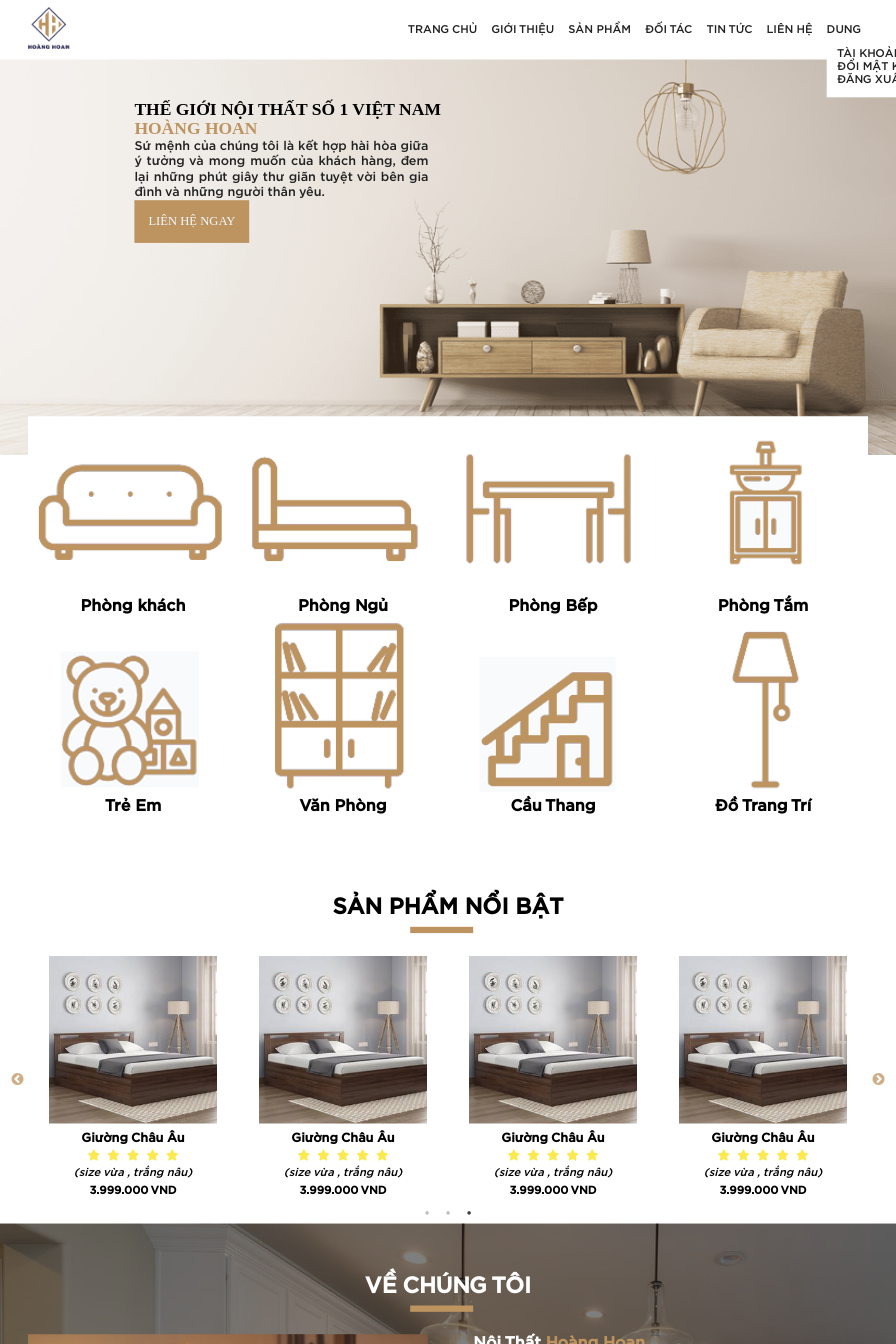
Repository: LDDUNG2003/prj_2
Page: /
These files come from the project's save history. The page is drawn as it stood at one moment and after the next save; the edit follows.
The browser window is 1280 px wide. The pictures show the part of the page from y = 0 to 1920 px (the page is 3929 px tall), at 70% of full size.
The project was rebuilt for these pictures with package versions that can differ from the ones it lists, and the page was loaded fresh each time. Also part of the build but not shown: src/pages/news/newsListItem/index.js, src/pages/news/index.js, src/styles/css/contact.css, src/pages/contact/index.js, src/pages/notfoud/index.js, src/pages/login/index.js.

Above is the page before, as saved 2023-09-22 10:58:25.

### public/index.html
<!doctype html>
<html lang="en">
  <head>
    <meta charset="utf-8">
    <meta name="viewport" content="width=device-width, initial-scale=1">
    <link rel="shortcut icon" href="./img/logo.png">
    <link rel="preconnect" href="https://fonts.googleapis.com">
    <link rel="preconnect" href="https://fonts.gstatic.com" crossorigin>
    <link href="https://fonts.googleapis.com/css2?family=Roboto:ital,wght@0,100;0,300;0,400;0,500;1,100;1,400;1,500;1,700;1,900&display=swap" rel="stylesheet">
    <title>Nội Thất Hoàng Hoan</title>
  </head>
  <body>
    <div id="root"></div>
  </body>
</html>

### src/index.js
import React from 'react';
import ReactDOM from 'react-dom';
import App from './App';
import './index.css';

const root = ReactDOM.createRoot(document.getElementById('root'));
root.render(
  <React.StrictMode>
    <App />
  </React.StrictMode>,
);

### src/App.js
import React, { Component, Fragment } from 'react';
import { BrowserRouter as Router , Routes, Route } from 'react-router-dom';
import defaultLayout from './layouts/defaultLayout';
import { publicRoute } from './routes';
import "slick-carousel/slick/slick.css";
import "slick-carousel/slick/slick-theme.css";
import './styles/css/responsive.css';

class App extends Component {
  render() {
    return (
      <Router>
        <div className="App">
        <Routes>
          {publicRoute.map((route ,index) => {
              const Page = route.component
              let Layout
              if(route.layout === 'notlayout'){
                Layout = Fragment
              }else{
                Layout = defaultLayout
              }
              return (<Route
                key={index}
                path={route.path}
                element={
                <Layout>
                    <Page/>
                  </Layout>
                }/>);
            })}
        </Routes>
        </div>
      </Router>
    );
  }
}

export default App;

### src/index.css
@font-face {
    font-family: "Gotham-Medium";
    src: url(./styles/front/Gotham-Medium.otf);
}

@font-face {
    font-family: "Gotham-Thin";
    src: url(./styles/front/Gotham-Thin.otf);
}

@font-face {
    font-family: "Gotham-Ultra";
    src: url(./styles/front/Gotham-Ultra.otf);
}

### src/layouts/defaultLayout/index.js
// import PropTypes from 'prop-types'
import Header from "../header";
import Footer from "../footer";
import "../../styles/css/base.css";

function defaultLayout({children}) {
    return(
        <>
        <Header />
        <div className="content">{children}</div>
        <Footer />
        </>
    );
}

// DefaultLayout.propTypes = {
//     children: PropTypes.node.isRequired
// };
export default defaultLayout

### src/routes/index.js
import Home from '~/pages/home'
import News from '~/pages/news'
import Contact from '~/pages/contact'
import page404 from '~/pages/notfoud'
import Login from '~/pages/login'

const publicRoute = [
    {path: '/',component: Home},
    {path: '/news',component: News},
    {path: '/contact',component: Contact},
    {path: '/*',component: page404, layout: 'notlayout'},
    {path: '/login',component: Login,layout: 'notlayout'}
]

export  {publicRoute}

### src/styles/css/responsive.css
@media (min-width:767px) {
    #mobileMenu {
        display: none;
    }
}

@media (max-width: 767px) {
    #root {
        margin: 0px 5px;
    }
    #mobileMenu {
        display: block;
        text-align: center;
    }
    .logo--block {
        width: 100%;
        display: flex;
        align-items: center;
        justify-content: space-between;
    }
    .navBar {
        display: block;
        height: auto;
    }
    .choose-item {
        width: 100%;
    }
    .menu-mobile {
        width: 40px;
        height: 40px;
        padding: 10px;
        border: 0px;
        background-color: var(--primary-color);
    }
    .news--item-container {
        font-size: 11px;
    }
    .content--title::before {
        display: none;
    }
    .new--item-heading {
        font-size: 14px;
    }
    .navBar__list {
        display: none;
        width: 100%;
    }
    .navBar__list-item {
        padding: 4px;
        border-bottom: 2px solid #ccc;
    }
    .about__us {
        background: none;
    }
    .about__us::before {
        background: none;
    }
    .content__focut {
        position: static;
    }
    .focut--item {
        width: 50%;
    }
    .content__banner {
        width: 100%;
    }
    .banner--content {
        display: none;
    }
    .slick-prev:before,
    .slick-next:before {
        display: none;
    }
    .about--background {
        display: none;
    }
    .about__us-bag {
        position: static;
    }
    .about--block {
        display: block;
    }
    .about--content {
        width: 100%;
        color: var(--text-color);
    }
    .about--content img {
        width: 100%;
    }
    .content--title {
        color: var(--text-color);
    }
    .news--contain {
        display: block;
    }
    .mobile-display {
        display: none;
    }
    .news--contain--item {
        width: 100%;
    }
    .news--list-item {
        width: 100%;
        overflow: hidden;
    }
    .news--list-item img {
        height: 100%;
    }
    .partner--list {
        flex-wrap: wrap;
    }
    .partner--item {
        width: 50%;
    }
    .content--contact {
        display: none;
    }
    .footer__lable {
        display: block;
    }
    .footer--list {
        width: 100%;
        padding: 10px 0px;
    }
    .footer--list-item {
        width: 100%;
        padding: 5px 0px;
    }
    /* news responsive */
    .news--content-list {
        margin: 0px 20px;
    }
    .news--content-item {
        width: 100%;
    }
    .featured--list {
        width: 100%;
        margin: 10px;
        flex-wrap: wrap;
    }
    .featured--item {
        width: 100%;
    }
}

### src/layouts/header/index.js
import ListMenu from "./itemsHeader";
import Login from "./login";
import { FontAwesomeIcon } from "@fortawesome/react-fontawesome"
import { faBars} from "@fortawesome/free-solid-svg-icons";
function Header(){
    let Href = window.location.href
    console.log(Href)

    return (
        <div className="header">
            <div className="navBar">
                <div className="logo--block">
                <img src="./img/logo.png" alt="logo" className="logo" />
                <button onClick={clickMenu} className="menu-mobile" id="mobileMenu"><FontAwesomeIcon icon={faBars} color="#fff"/></button>
                </div>
                <ul className="navBar__list">
                    <ListMenu/>
                    <Login/>
                </ul>
            </div>
        </div>
    )
}
function clickMenu(){
    if (document.getElementsByClassName("navBar__list")[0].style.display === "block") {
        document.getElementsByClassName("navBar__list")[0].style.display = null;
    } else {
        document.getElementsByClassName("navBar__list")[0].style.display = "block";
    }
}

export default Header

### src/styles/css/base.css
* {
    padding: 0px;
    margin: 0px;
    font-family: "Gotham-Medium";
    text-align: justify;
}

:root {
    --primary-color: #bd945f;
    --text-color: #222222;
}


/* font setting */

.App {
    width: 100%;
    overflow: hidden;
    background-color: #fff;
}

.main {
    width: 100%;
}

.header {
    padding: 10px 0px;
    margin: auto;
    width: 100%;
    max-width: 1200px;
}

.navBar {
    display: flex;
    width: 100%;
    justify-content: space-between;
}

.logo {
    height: 60px;
}

.navBar__list {
    display: flex;
    list-style: none;
    align-items: center;
}

.navBar__list-item {
    margin: 0 10px;
    position: relative;
}

.navBar__list--link {
    text-transform: uppercase;
    font-size: 16px;
    color: var(--text-color);
    text-decoration: none;
}

.navBar__list-item::before {
    content: '';
    background-color: var(--primary-color);
    display: block;
    height: 4px;
    margin-top: 7px;
    width: 0px;
    top: 75%;
    position: absolute;
    transition: 0.3s;
    z-index: 1;
}

.Login--navBar {
    list-style: none;
    position: absolute;
    z-index: 1;
    width: 240px;
    background-color: #fff;
    padding: 15px;
    left: 0px;
}

.select--item::before {
    content: '';
    background-color: var(--primary-color);
    display: block;
    height: 4px;
    margin-top: 7px;
    width: 65px;
    top: 75%;
    position: absolute;
    z-index: 1;
}

.navBar__list-item:hover::before {
    width: 65px;
}

.featured--content {
    padding-top: 10px;
    text-align: center;
}

.featured-name {
    display: contents;
    font-size: 18px;
    text-transform: capitalize;
}

.evaluate--list {
    list-style: none;
    display: flex;
    justify-content: center;
}

.evaluate--list li {
    padding: 5px;
    margin: 0;
}

.note-product {}

.content--title {
    font-size: 32px;
    padding: 50px 0px;
    text-align: center;
    position: relative;
    text-transform: uppercase;
}

.content--title::before {
    content: '';
    background-color: var(--primary-color);
    width: 90px;
    height: 9px;
    position: absolute;
    top: 70%;
    right: 47%;
}

.content__featured {
    width: 100%;
    max-width: 1200px;
    margin: auto;
    padding-bottom: 30px;
}

.featured--list {
    width: 100%;
    list-style: none;
    display: flex;
    text-align: center;
}

.featured--item {}

.featured--img {
    width: 80%;
    margin: auto;
}

.price-product {
    text-align: center;
    padding: 7px 0px;
    font-weight: 800;
    font-size: 16px;
}

.slick-prev:before,
.slick-next:before {
    color: var(--primary-color) !important;
    width: 15px;
    display: inline-block;
}

.footer {
    padding: 20px 0px;
    background-color: black;
}

.footer__lable {
    max-width: 1200px;
    margin: auto;
    display: flex;
    width: 100%;
    justify-content: space-around;
    color: #fff;
    justify-content: space-between;
}

.footer--list {
    list-style: none;
    width: 32%;
}

.footer--list-item {
    font-size: 16px;
    padding-top: 8px;
    text-transform: capitalize;
    font-family: initial;
}

.footer--list-heading {
    font-size: 18px;
    font-weight: 300;
    text-transform: uppercase;
    position: relative;
    padding-bottom: 0px;
    font-family: 'Gotham-Medium';
}

.footer--list-heading::after {
    content: '';
    background-color: var(--primary-color);
    width: 110px;
    padding-top: 6px;
    position: absolute;
    left: 0px;
    bottom: -8px;
}

.footer--inheri {
    text-transform: uppercase;
    font-weight: 600;
    font-size: 18px;
}

.footer--list-contact {
    display: flex;
    list-style: none;
}

.fooder--list-contact-item {
    width: 16px;
    padding: 5px;
}

### src/layouts/header/itemsHeader/index.js
import { Link } from "react-router-dom"

function ListMenu() {
    var menuItem = ["Trang Chủ", "Giới Thiệu","sản phẩm","Đối Tác","tin tức","Liên hệ"]
    var menuLink = ["/", "/About", "/Products","partner", "/News", "/Contact"]
    var menubar =[]
    for (var i = 0; i < menuItem.length; i++) {
        menubar.push(
            <li onClick={clickLink} className="navBar__list-item" key={i}>
                <Link className="navBar__list--link" to={menuLink[i]}>{menuItem[i]}</Link>
            </li>
        )
        console.log(menuItem[i])
    }
    return (
        <>
        {menubar}
        </>
    );

    function clickLink(){
        document.getElementsByClassName("navBar__list")[0].style.display = null;
    }
}


export default ListMenu;

### src/layouts/header/login/index.js
import { Link } from "react-router-dom"

function Login() {
    var LoginCheck = true
    let nameAccount = "Dung"
    if(LoginCheck){
        return (
            <li onClick={clickLink} className="navBar__list-item">
                <Link className="navBar__list--link">
                    {nameAccount}
                    <ul className="Login--navBar">
                        <li className="Login__list-item">
                            <Link className="navBar__list--link">tài khoản </Link>
                        </li>
                        <li className="Login__list-item">
                            <Link className="navBar__list--link">đổi mật khẩu </Link>
                        </li>
                        <li className="Login__list-item">
                            <Link className="navBar__list--link">đăng xuất</Link>
                        </li>
                    </ul>
                </Link>
            </li>
        )
    }
    else{
        return(
            <li className="navBar__list-item">
                <Link to = "/login" className="navBar__list--link">Đăng Nhập</Link>
            </li>
        )
    }

    function clickLink(){
        document.getElementsByClassName("navBar__list")[0].style.display = null;
    }
}

export default Login;

### src/styles/css/news.css
.news--contet {
    width: 100%;
    max-width: 1200px;
    margin: auto;
    padding-bottom: 50px;
}

.news--content-list {
    display: flex;
    flex-wrap: wrap;
    list-style: none;
    align-items: center;
}

.news--content-item {
    width: 33%;
    padding: 20px;
    box-sizing: border-box;
}

.news--item-img {
    width: 100%;
}

.news--item-contain {
    margin: auto;
    margin-left: 8px;
}

.news--contain-heading {
    font-size: 23px;
    color: var(--primary-color);
    text-transform: uppercase;
}

.news--contain-text {
    padding: 10px 0px 0px 0px;
    font-size: 16px;
}

### src/pages/notfoud/index.css
* {
    -webkit-box-sizing: border-box;
    box-sizing: border-box;
}

body {
    padding: 0;
    margin: 0;
}

#notfound {
    position: relative;
    height: 100vh;
}

#notfound .notfound {
    position: absolute;
    left: 50%;
    top: 50%;
    -webkit-transform: translate(-50%, -50%);
    -ms-transform: translate(-50%, -50%);
    transform: translate(-50%, -50%);
}

.notfound {
    max-width: 520px;
    width: 100%;
    line-height: 1.4;
    text-align: center;
}

.notfound .notfound-404 {
    position: relative;
    height: 200px;
    margin: 0px auto 20px;
    z-index: -1;
}

.notfound .notfound-404 h1 {
    font-family: 'Montserrat', sans-serif;
    font-size: 236px;
    font-weight: 200;
    margin: 0px;
    color: #211b19;
    text-transform: uppercase;
    position: absolute;
    left: 50%;
    top: 50%;
    -webkit-transform: translate(-50%, -50%);
    -ms-transform: translate(-50%, -50%);
    transform: translate(-50%, -50%);
}

.notfound .notfound-404 h2 {
    font-family: 'Montserrat', sans-serif;
    font-size: 28px;
    font-weight: 400;
    text-transform: uppercase;
    color: #211b19;
    background: #fff;
    padding: 10px 5px;
    margin: auto;
    display: inline-block;
    position: absolute;
    bottom: 0px;
    left: 0;
    right: 0;
}

.notfound a {
    font-family: 'Montserrat', sans-serif;
    display: inline-block;
    font-weight: 700;
    text-decoration: none;
    color: #fff;
    text-transform: uppercase;
    padding: 13px 23px;
    background: #ff6300;
    font-size: 18px;
    -webkit-transition: 0.2s all;
    transition: 0.2s all;
}

.notfound a:hover {
    color: #ff6300;
    background: #211b19;
}

@media only screen and (max-width: 767px) {
    .notfound .notfound-404 h1 {
        font-size: 148px;
    }
}

@media only screen and (max-width: 480px) {
    .notfound .notfound-404 {
        height: 148px;
        margin: 0px auto 10px;
    }
    .notfound .notfound-404 h1 {
        font-size: 86px;
    }
    .notfound .notfound-404 h2 {
        font-size: 16px;
    }
    .notfound a {
        padding: 7px 15px;
        font-size: 14px;
    }
}

### src/styles/css/login.css
.login-page {
    width: 360px;
    padding: 8% 0 0;
    margin: auto;
}

.form {
    position: relative;
    z-index: 1;
    background: #FFFFFF;
    max-width: 360px;
    margin: 0 auto 100px;
    padding: 45px;
    text-align: center;
    box-shadow: 0 0 20px 0 rgba(0, 0, 0, 0.2), 0 5px 5px 0 rgba(0, 0, 0, 0.24);
}

.form input {
    font-family: "Roboto", sans-serif;
    outline: 0;
    background: #f2f2f2;
    width: 100%;
    border: 0;
    margin: 0 0 15px;
    padding: 15px;
    box-sizing: border-box;
    font-size: 14px;
}

.form button {
    font-family: "Roboto", sans-serif;
    text-transform: uppercase;
    outline: 0;
    background: #4CAF50;
    width: 100%;
    border: 0;
    padding: 15px;
    color: #FFFFFF;
    font-size: 14px;
    -webkit-transition: all 0.3 ease;
    transition: all 0.3 ease;
    cursor: pointer;
}

.form button:hover,
.form button:active,
.form button:focus {
    background: #43A047;
}

.form .message {
    margin: 15px 0 0;
    color: #b3b3b3;
    font-size: 12px;
}

.form .message a {
    color: #4CAF50;
    text-decoration: none;
}

.form .register-form {
    display: none;
}

.container {
    position: relative;
    z-index: 1;
    max-width: 300px;
    margin: 0 auto;
}

.container:before,
.container:after {
    content: "";
    display: block;
    clear: both;
}

.container .info {
    margin: 50px auto;
    text-align: center;
}

.container .info h1 {
    margin: 0 0 15px;
    padding: 0;
    font-size: 36px;
    font-weight: 300;
    color: #1a1a1a;
}

.container .info span {
    color: #4d4d4d;
    font-size: 12px;
}

.container .info span a {
    color: #000000;
    text-decoration: none;
}

.container .info span .fa {
    color: #EF3B3A;
}

body {
    background: #76b852;
    /* fallback for old browsers */
    background: rgb(141, 194, 111);
    background: linear-gradient(90deg, rgba(141, 194, 111, 1) 0%, rgba(118, 184, 82, 1) 50%);
    font-family: "Roboto", sans-serif;
    -webkit-font-smoothing: antialiased;
    -moz-osx-font-smoothing: grayscale;
}

### src/styles/css/home.css
.content {
    width: 100%;
    /* max-width: 1500px; */
    margin: auto;
}

.content__banner {
    width: 100%;
    position: relative;
}

.content--list-image {
    width: 100%;
    max-width: 1500px;
    margin: auto;
}

.content--image {
    width: 100%;
}

.banner--content {
    position: absolute;
    top: 10%;
    left: 15%;
}

.banner--content-text-title {
    text-transform: uppercase;
    font-family: 800;
    font-family: "gotham-utral";
    font-size: 25px;
}

.banner--content-text {
    font-size: 18px;
    color: var(--text-color);
    width: 420px;
}

.banner--button {
    padding: 20px;
    color: aliceblue;
    background-color: var(--primary-color);
    border: none;
    font-family: "gotham-utral";
    font-size: 18px;
    cursor: pointer;
}

.content__focut {
    position: relative;
    background-color: #ffffff;
    top: -60px;
    max-width: 1200px;
    width: 100%;
    margin: auto;
}

.focut--list {
    margin: auto;
    display: flex;
    width: 100%;
    list-style: none;
    flex-wrap: wrap;
}

.focut--item {
    width: 25%;
    text-align: center;
}

.focut--img {
    width: 100%;
}

.focut--text {
    text-align: center;
    font-size: 23px;
}

.content__featured {
    width: 100%;
    max-width: 1200px;
    margin: auto;
    padding-bottom: 30px;
}

.featured--list {
    width: 100%;
    list-style: none;
    display: flex;
    text-align: center;
}

.featured--item {
    width: 24%;
}

.featured--img {
    width: 80%;
    margin: auto;
}

.about__us {
    position: relative;
    width: 100%;
    max-width: 1500px;
    margin: auto;
    padding: 20px 0px;
    background-image: url("../img/bg-about-us.jpg");
    display: flex;
    justify-content: center;
}

.about__us::before {
    content: "";
    position: absolute;
    width: 100%;
    height: 100%;
    background-color: black;
    opacity: 0.5;
    z-index: 0;
    top: 0px;
    display: block;
}

.about__us-bag {
    top: 0px;
    width: 100%;
    max-width: 1200px;
    left: 10%;
    color: #ffffff;
    z-index: 1;
}

.about__content {
    width: 100%;
}

.about--block {
    display: flex;
    justify-content: space-between;
}

.about--content {
    width: 47%;
}

.about--content--title {
    font-size: 23px;
}

.about--text--list {
    font-size: 16px;
    padding: 10px 0px;
}

.about--text {
    padding: 10px 0px;
}

.about--list {
    list-style: none;
    display: flex;
}

.about--item {
    width: 20%;
    padding: 4px;
}

.about--img {
    width: 100%;
}

.choose__choose {
    width: 100%;
}

.choose--list {
    list-style: none;
    display: flex;
    flex-wrap: wrap;
    justify-content: space-between;
}

.choose--item {
    align-items: center;
    margin: 5px 0px;
    width: 48%;
    display: flex;
    background-color: #ffffff;
}

.choose--content-title {
    color: var(--primary-color);
    font-size: 23px;
    text-transform: uppercase;
    font-weight: 800;
}

.choose--text {
    font-weight: 700;
    font-size: 16px;
    padding: 5px 0px;
    color: var(--text-color);
}

.news {
    margin: auto;
    width: 100%;
    max-width: 1500px;
}

.content--title {}

.news--contain {
    margin: auto;
    display: flex;
    width: 100%;
    justify-content: space-between;
}

.news--contain--item {
    width: 48%;
    position: relative;
}

.impotant--grd {
    height: 460px;
    width: 100%;
}

.news-contain-impotant {
    margin-right: 10px;
    position: absolute;
    bottom: 0;
    height: 30%;
    background-color: var(--primary-color);
    padding: 20px 10px;
    width: 100%;
}

.news--impotant-heading {
    font-size: 23px;
    text-transform: uppercase;
    color: #ffffff;
}

.news--impotant-text {
    font-size: 16px;
}

.news--list {
    list-style: none;
}

.news--list-item {
    margin: 5px 0;
    display: flex;
    height: 105px;
}

.new--item-heading {
    font-size: 21px;
    text-transform: capitalize;
}

.news--item-container {
    font-size: 16px;
    margin: 5px;
    font-weight: 100;
    text-align: justify;
}

.news--impotant-text {
    margin: 0px;
}

.partner--contain {}

.partner--list {
    display: flex;
    list-style: none;
    flex-wrap: wrap;
    width: 100%;
    /* setup max width  */
    max-width: 1200px;
    margin: auto;
}

.partner--item {
    /* setup width calc 100/7 */
    width: calc(100% / 7);
    /* width: calc(100%/7%); */
}

.content--contact {
    width: 100%;
    margin: auto;
    max-width: 1600px;
    position: relative;
    box-sizing: border-box;
}

.contact--contain {
    height: 100%;
}

.contact-bg {
    width: 100%;
    height: 100%;
}

.contact-contain {}

.contact-image {
    position: absolute;
    display: none;
}

### src/font-awesome/index.js
import { FontAwesomeIcon } from "@fortawesome/react-fontawesome";
import { faStar} from "@fortawesome/free-solid-svg-icons";
function Star() {
    return (
        <FontAwesomeIcon icon={faStar} style={{color: "#fce94f",}} />
     );
}


export default Star;

Loaded but not shown: src/pages/home/index.js (219 lines, source omitted); src/layouts/footer/index.js (47 lines, source omitted); src/pages/home/setProductSlick/index.js (70 lines, source omitted)

After the next save:
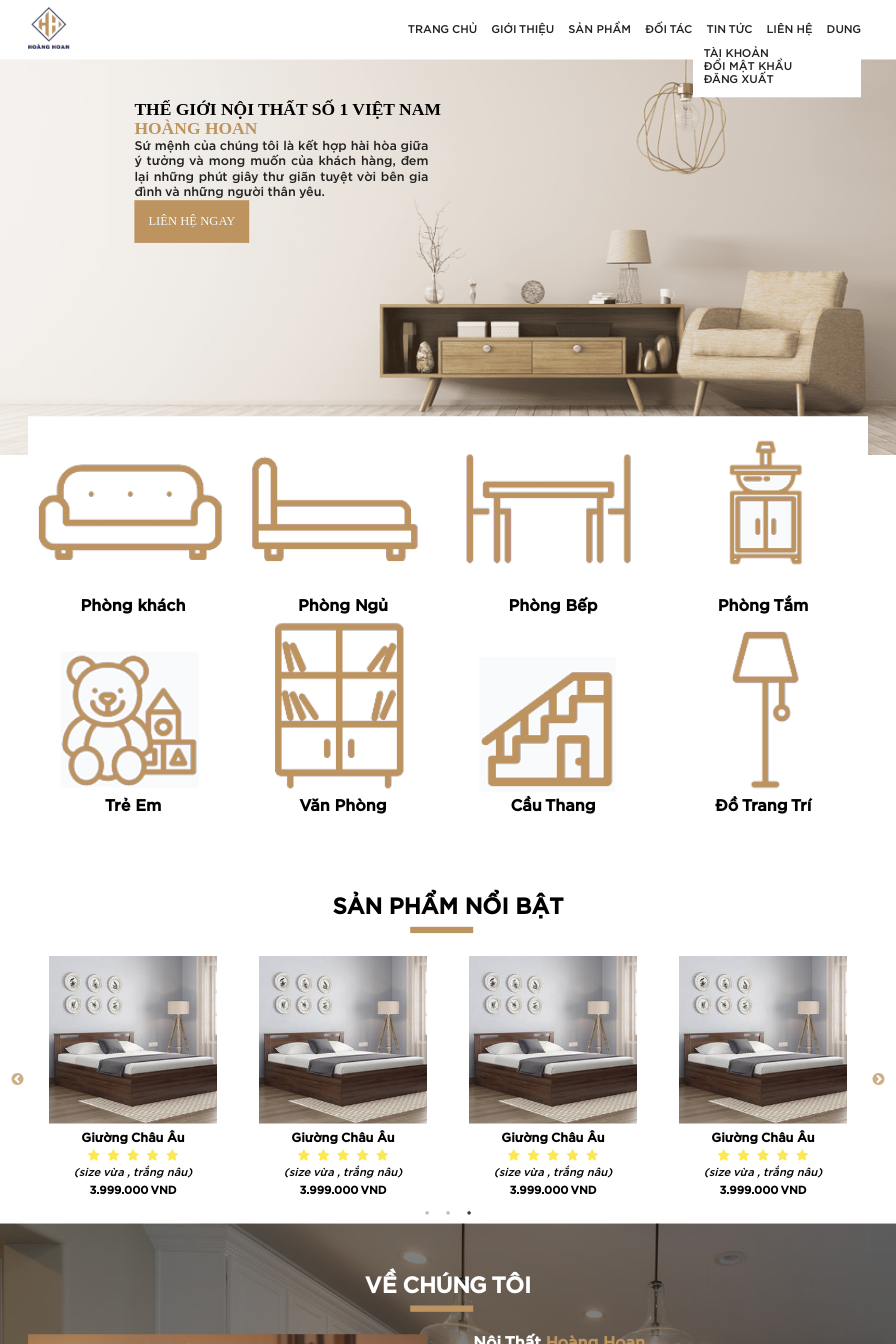
Saved 26 s later.
--- a/src/styles/css/base.css
+++ b/src/styles/css/base.css
@@ -78,7 +78,7 @@
     width: 240px;
     background-color: #fff;
     padding: 15px;
-    left: 0px;
+    right: 0px;
 }
 
 .select--item::before {
